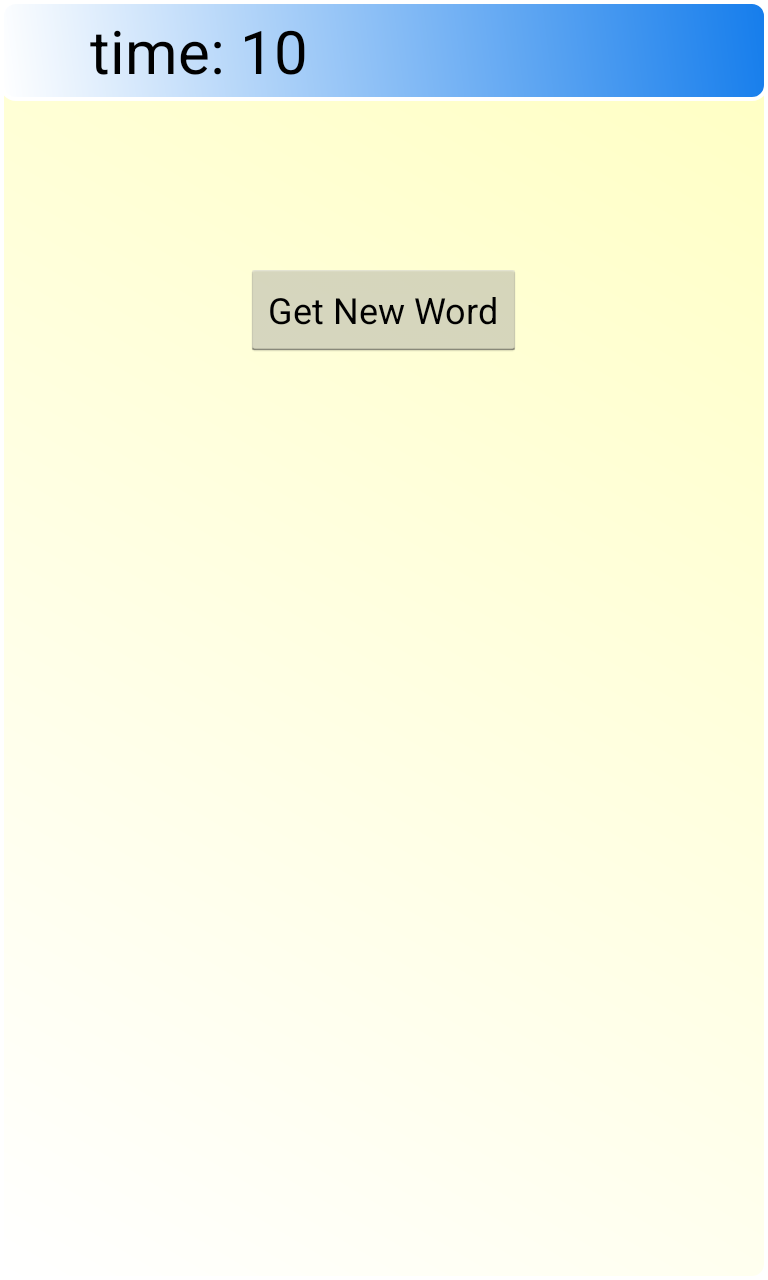
Repository: tvergilio/android
Layout: GoogleItDb/res/layout/activity_main.xml
These files come from the project's save history. The layout is drawn as it stood at one moment and after the next save; the edit follows.
It is drawn on a 768 x 1280 px phone screen (xhdpi) without system bars, with theme AppTheme; the app's code is not run. Lists and similar views that code fills are empty.

Above is the layout before, as saved 2014-02-15 19:41:55.

### GoogleItDb/res/layout/activity_main.xml
<RelativeLayout xmlns:android="http://schemas.android.com/apk/res/android"
    android:layout_width="fill_parent"
    android:layout_height="fill_parent"
    android:animateLayoutChanges="true"
    android:background="@drawable/rectangle"
    android:orientation="vertical" >

    <TableLayout
        android:id="@+id/top_table_layout"
        android:layout_width="fill_parent"
        android:layout_height="wrap_content"
        android:layout_gravity="center"
        android:animateLayoutChanges="true"
        android:background="@drawable/rectangle_blue" >

        <TableRow
            android:id="@+id/tableRow1"
            android:layout_width="wrap_content"
            android:layout_height="wrap_content"
            android:padding="5dip" >

            <TextView
                android:id="@+id/score"
                android:gravity="left"
                android:paddingRight="40dip"
                android:textSize="30sp" />

            <TextView
                android:id="@+id/timer"
                android:gravity="right"
                android:text="@string/timer"
                android:textSize="30sp" />
        </TableRow>
    </TableLayout>

    <TextView
        android:id="@+id/service_text_main"
        android:layout_width="wrap_content"
        android:layout_height="wrap_content"
        android:layout_below="@+id/top_table_layout"
        android:layout_gravity="center_horizontal"
        android:padding="20dip"
        android:textSize="30sp"
        android:textStyle="bold" />

    <LinearLayout
        android:id="@+id/list_view_layout"
        android:layout_width="fill_parent"
        android:layout_height="wrap_content"
        android:layout_below="@+id/service_text_main"
        android:layout_centerHorizontal="true"
        android:animateLayoutChanges="true"
        android:background="@drawable/rectangle_orange"
        android:orientation="vertical" >

        <ListView
            android:id="@id/android:list"
            android:layout_width="fill_parent"
            android:layout_height="wrap_content"
            android:layout_gravity="center_horizontal" />
    </LinearLayout>

    <Button
        android:id="@+id/button1"
        android:layout_width="wrap_content"
        android:layout_height="wrap_content"
        android:layout_below="@+id/list_view_layout"
        android:layout_centerHorizontal="true"
        android:onClick="buttonActivity"
        android:text="@string/get_word" />

    <LinearLayout
        android:id="@+id/result_layout"
        android:layout_width="wrap_content"
        android:layout_height="wrap_content"
        android:layout_alignParentBottom="true"
        android:layout_centerHorizontal="true"
        android:animateLayoutChanges="true"
        android:background="@drawable/rectangle_blue"
        android:orientation="vertical"
        android:padding="15dip"
        android:visibility="invisible" >

        <TextView
            android:id="@+id/result_text"
            android:layout_width="wrap_content"
            android:layout_height="wrap_content"
            android:layout_gravity="center"
            android:padding="8dip"
            android:textSize="30sp" />

        <TextView
            android:id="@+id/result_points_earned"
            android:layout_width="wrap_content"
            android:layout_height="wrap_content"
            android:layout_gravity="center"
            android:padding="8dip"
            android:textColor="@color/red"
            android:textSize="30sp"
            android:textStyle="bold" />
    </LinearLayout>

</RelativeLayout>

### GoogleItDb/res/values/styles.xml
<resources xmlns:android="http://schemas.android.com/apk/res/android">

    <!--
        Base application theme, dependent on API level. This theme is replaced
        by AppBaseTheme from res/values-vXX/styles.xml on newer devices.
    -->
    <style name="AppBaseTheme" parent="android:Theme.Light">
        <item name="android:actionBarStyle">@style/ActionBar</item>
        <!--
            Theme customizations available in newer API levels can go in
            res/values-vXX/styles.xml, while customizations related to
            backward-compatibility can go here.
        -->
    </style>

    <!-- Application theme. -->
    <style name="AppTheme" parent="AppBaseTheme">
        <item name="android:layout_width">fill_parent</item>
        <item name="android:layout_height">wrap_content</item>
        <item name="android:textColor">@android:color/primary_text_light</item>

    </style>
    <style name="ActionBar" parent="android:style/Widget.Holo.ActionBar">
        <item name="android:background">@color/blue_dress</item>
    </style>


</resources>

### GoogleItDb/res/values/colors.xml
<?xml version="1.0" encoding="utf-8"?>
<resources>
    <color name="corn_yellow">#FFF380</color>
    <color name="ginger_brown">#C9BE62</color>
    <color name="green">#00FF00</color>
    <color name="green_yellow">#B1FB17</color>
    <color name="red">#FF0000</color>
    <color name="saffron">#FBB917</color>
    <color name="wood">#966F33</color>
    <color name="yellow">#FFFF00</color>
    <color name="aquamarine">#7FFFD4</color>
    <color name="light_cyan">#E0FFFF</color>
    <color name="white">#FFFFFF</color>
    <color name="parchment">#FFFFC2</color>
    <color name="bee_yellow">#E9AB17</color>
    <color name="blue_lotus">#6960EC</color>
    <color name="black">#000000</color>
    <color name="blue_dress">#157DEC</color>
    <color name="orange">#ED8515</color>


</resources>

### GoogleItDb/res/drawable-hdpi/rectangle.xml
<?xml version="1.0" encoding="utf-8"?>
<shape xmlns:android="http://schemas.android.com/apk/res/android"
         android:shape="rectangle">
     <stroke android:width="2dp" android:color="@color/white" />
     <gradient android:startColor="@color/parchment" android:endColor="@color/white"
            android:angle="225"/>

    <corners android:bottomRightRadius="7dp" android:bottomLeftRadius="7dp"
     android:topLeftRadius="7dp" android:topRightRadius="7dp"/>

</shape>

### GoogleItDb/res/drawable-hdpi/rectangle_blue.xml
<?xml version="1.0" encoding="utf-8"?>
<shape xmlns:android="http://schemas.android.com/apk/res/android"
         android:shape="rectangle">
     <stroke android:width="2dp" android:color="@color/white" />
     <gradient android:startColor="@color/blue_dress" android:endColor="@color/white"
            android:angle="225"/>

    <corners android:bottomRightRadius="7dp" android:bottomLeftRadius="7dp"
     android:topLeftRadius="7dp" android:topRightRadius="7dp"/>

</shape>

### GoogleItDb/res/values/strings.xml
<?xml version="1.0" encoding="utf-8"?>
<resources>

    <string name="app_name">Google it!</string>
    <string name="action_settings">Settings</string>
    <string name="hello_world">Hello world!</string>
    <string name="get_word">Get New Word</string>
    <string name="title_activity_read">ReadActivity</string>
    <string name="timer">time: 10</string>
    <string name="string_url">http://google.com/complete/search?output=toolbar&amp;q=</string>
    <string name="string_url_uk">http://google.co.uk/complete/search?output=toolbar&amp;q=</string>
    <string name="preference_file_key">com.example.googleiddb.PREFERENCE_FILE_KEY</string>
    <string name="saved_word_name">com.example.googleitdb.SAVED_WORD_NAME</string>
    <string name="saved_word_suggestions">com.example.googleitdb.SAVED_WORD_SUGGESTIONS</string>
    <string name="saved_points">com.example.googleitdb.SAVED_POINTS</string>
    <string name="new_game">Random Word Game</string>
    <string name="new_game_forename">Name Game</string>
    <string name="help">Help</string>
    <string name="result_first">1st Well done!</string>
    <string name="result_second">2nd best...</string>
    <string name="result_third">3rd Not bad!</string>
    <string name="result_fourth">4th You squit!</string>
    <string name="result_fifth">5th That is awful!</string>

</resources>

### GoogleItDb/res/drawable-hdpi/rectangle_orange.xml
<?xml version="1.0" encoding="utf-8"?>
<shape xmlns:android="http://schemas.android.com/apk/res/android"
         android:shape="rectangle">
     <stroke android:width="2dp" android:color="@color/white" />
     <gradient android:startColor="@color/orange" android:endColor="@color/white"
            android:angle="225"/>

    <corners android:bottomRightRadius="7dp" android:bottomLeftRadius="7dp"
     android:topLeftRadius="7dp" android:topRightRadius="7dp"/>

</shape>

Loaded but not shown: GoogleItDb/res/values-v11/styles.xml (common file); GoogleItDb/res/values-v14/styles.xml (common file)

After the next save:
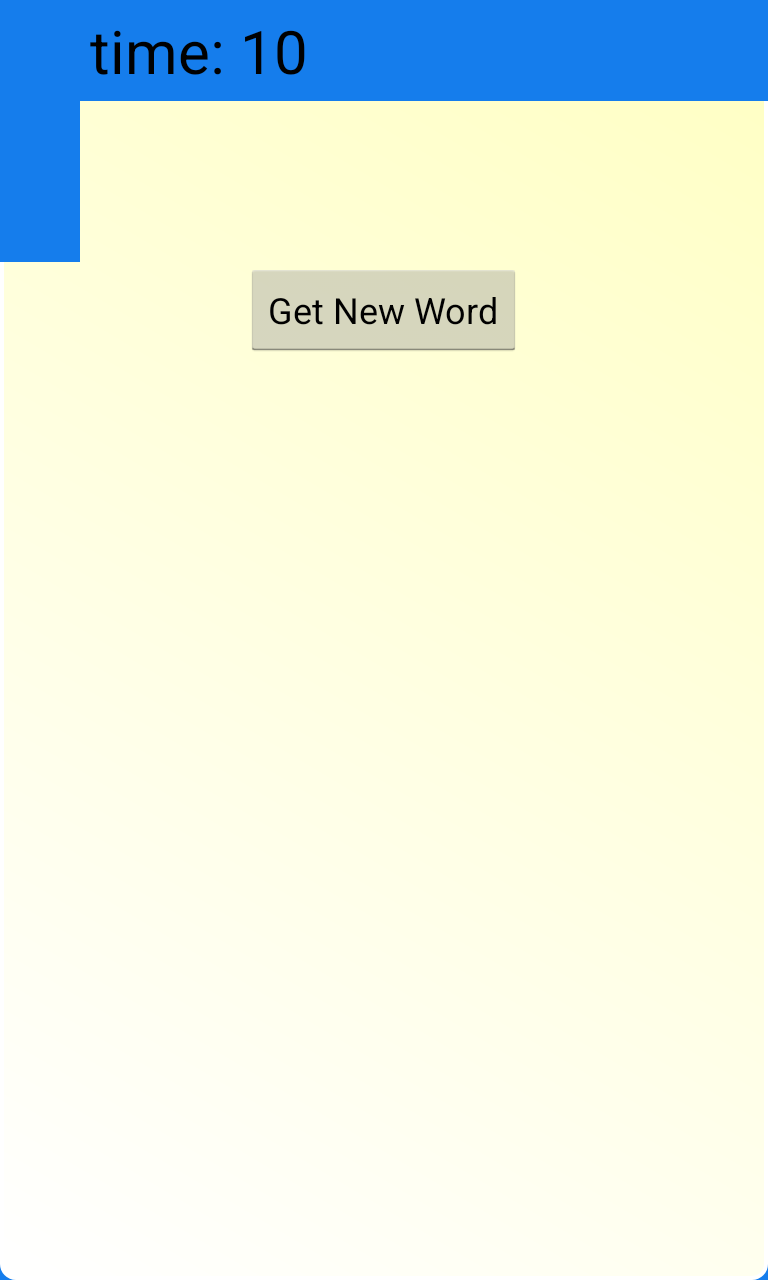
Saved 61 s later.
--- a/GoogleItDb/res/values/styles.xml
+++ b/GoogleItDb/res/values/styles.xml
@@ -5,7 +5,6 @@
         by AppBaseTheme from res/values-vXX/styles.xml on newer devices.
     -->
     <style name="AppBaseTheme" parent="android:Theme.Light">
-        <item name="android:actionBarStyle">@style/ActionBar</item>
         <!--
             Theme customizations available in newer API levels can go in
             res/values-vXX/styles.xml, while customizations related to
@@ -18,11 +17,9 @@
         <item name="android:layout_width">fill_parent</item>
         <item name="android:layout_height">wrap_content</item>
         <item name="android:textColor">@android:color/primary_text_light</item>
-
-    </style>
-    <style name="ActionBar" parent="android:style/Widget.Holo.ActionBar">
         <item name="android:background">@color/blue_dress</item>
     </style>
 
 
+
 </resources>

After the save that followed:
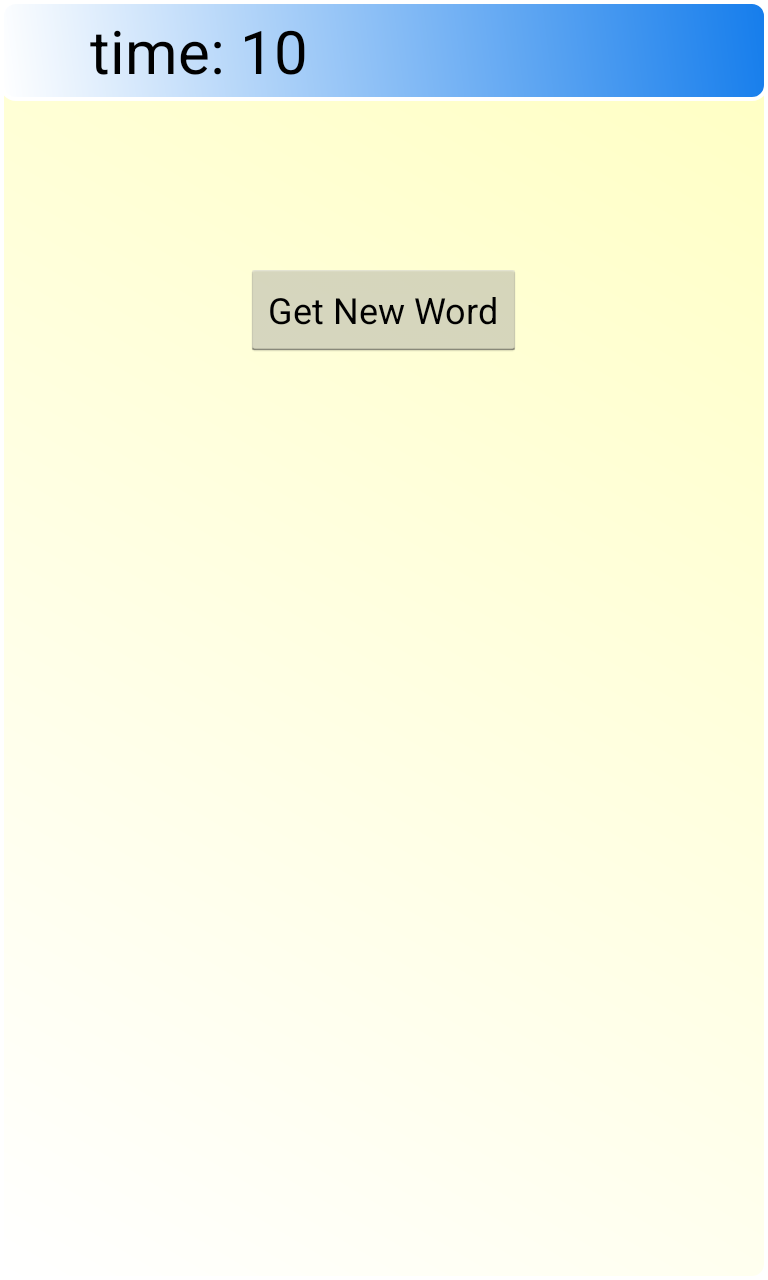
Saved 111 s later.
--- a/GoogleItDb/res/values/styles.xml
+++ b/GoogleItDb/res/values/styles.xml
@@ -3,12 +3,14 @@
     <!--
         Base application theme, dependent on API level. This theme is replaced
         by AppBaseTheme from res/values-vXX/styles.xml on newer devices.
+
     -->
     <style name="AppBaseTheme" parent="android:Theme.Light">
         <!--
             Theme customizations available in newer API levels can go in
             res/values-vXX/styles.xml, while customizations related to
             backward-compatibility can go here.
+
         -->
     </style>
 
@@ -17,9 +19,11 @@
         <item name="android:layout_width">fill_parent</item>
         <item name="android:layout_height">wrap_content</item>
         <item name="android:textColor">@android:color/primary_text_light</item>
+        <item name="android:actionBarStyle">@style/ActionBar</item>
+    </style>
+
+    <style>
         <item name="android:background">@color/blue_dress</item>
     </style>
 
-
-
 </resources>
